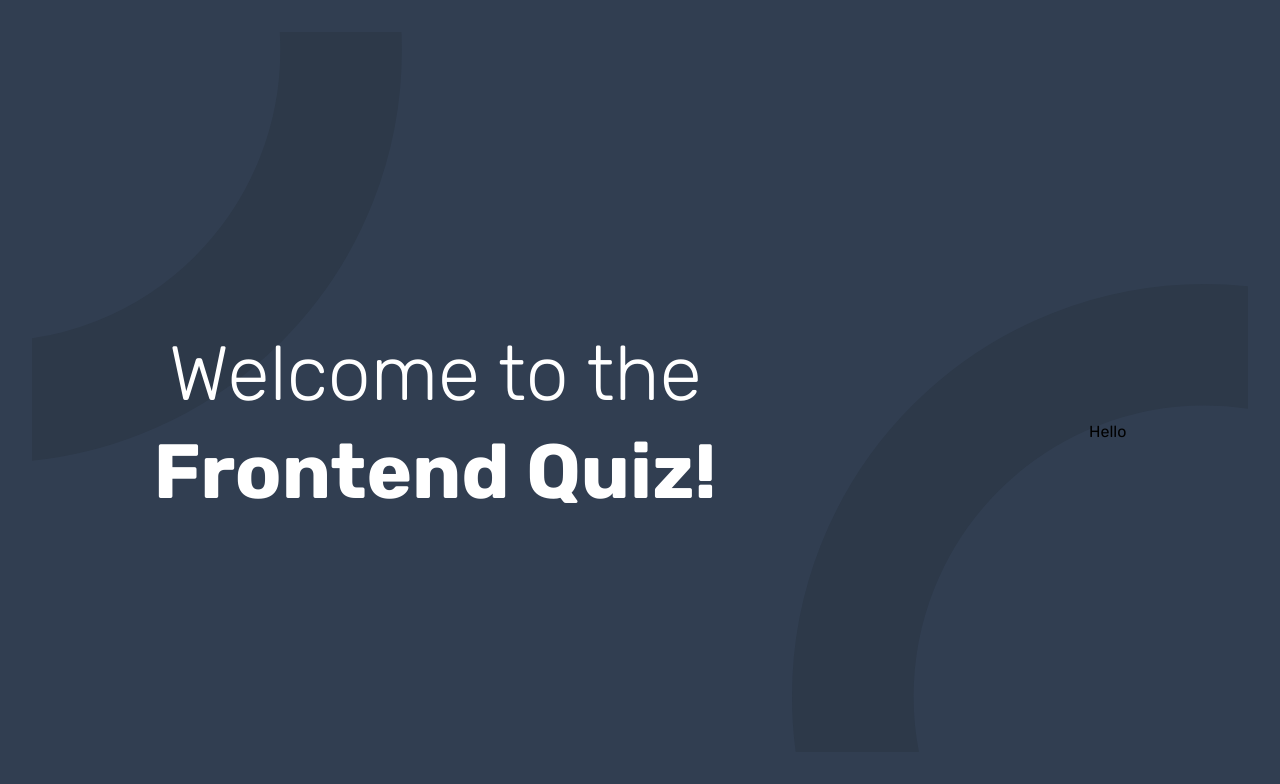
Repository: Shenixo/QuizApp
Page: /
The author's editor kept a copy of each file at every save. The page is drawn from the files as they stood at one save, then again after the next save.
The browser window is 1280 px wide. The pictures show the whole page.
The project was rebuilt for these pictures with package versions that can differ from the ones it lists, and the page was loaded fresh each time. Also part of the build but not shown: vite.config.js, src/Components/Navbar/Navbar.jsx.

Above is the page before, as saved 2025-03-31 11:06:52.

After the next save:
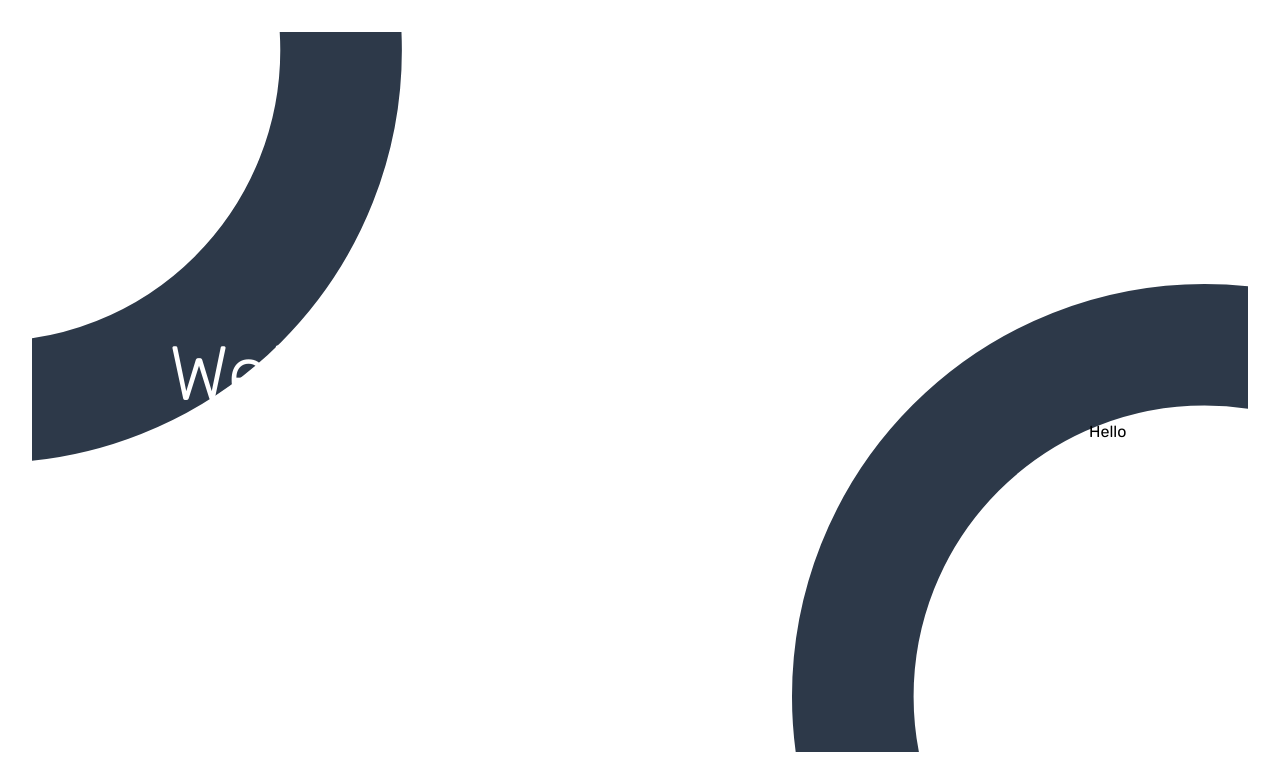
Saved 33 s later.
--- a/src/index.css
+++ b/src/index.css
@@ -9,7 +9,7 @@
     font-family: "Rubik", sans-serif;
 }
 body{
-    background: #313e51;
+    /* background: #313e51; */
     /* background-image: url("pattern-background-desktop-dark.svg"); */
     background-repeat: no-repeat;
     /* background-position: center; */
